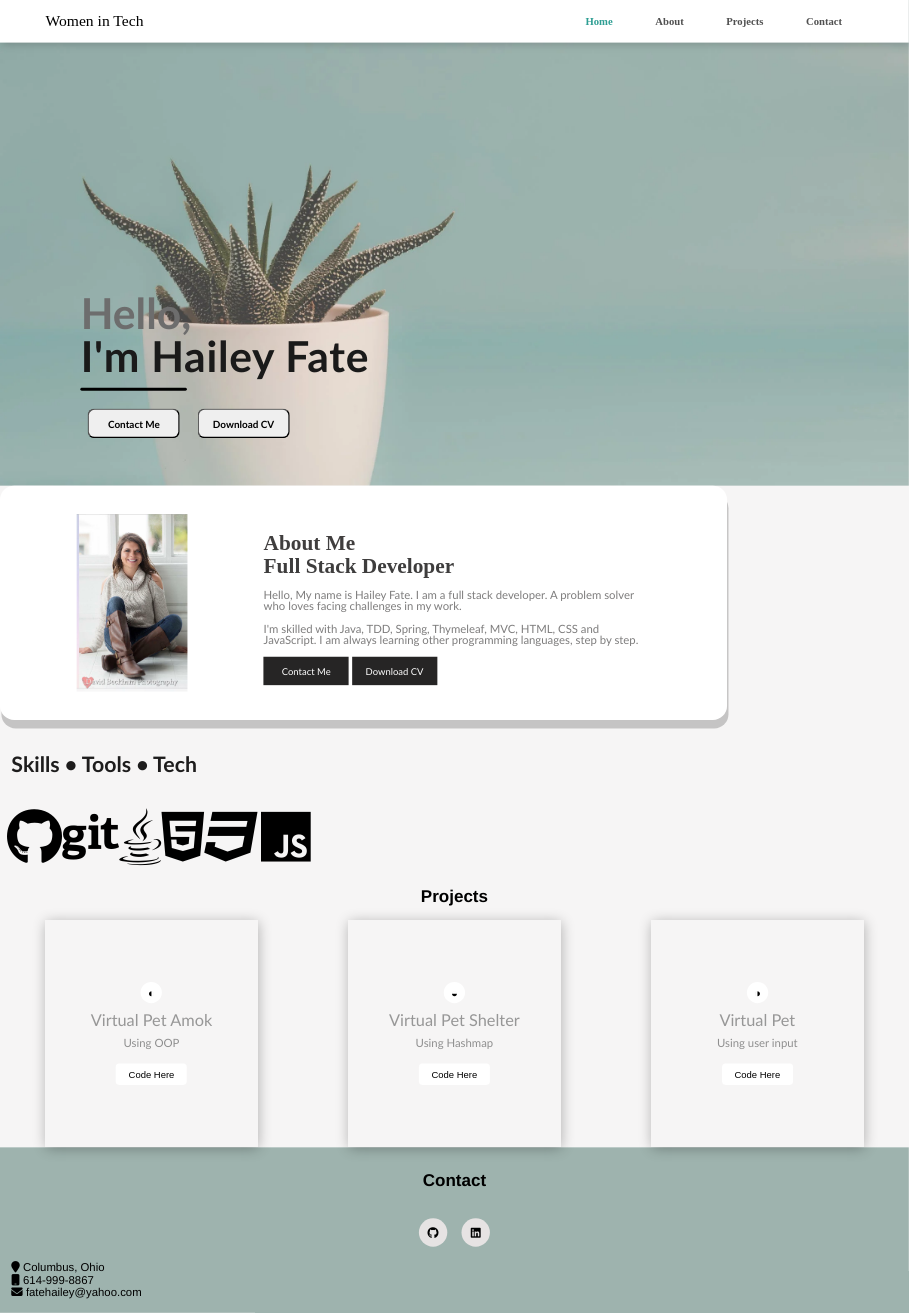
Repository: fatehailey/fatehailey.github.io
Page: index.html
The author's editor kept a copy of each file at every save. The page is drawn from the files as they stood at one save, then again after a run of saves.
The browser window is 1280 px wide. The pictures show the whole page, at 71% of full size.
Some web libraries are served in a nearby version.

Above is the page before, as saved 2022-07-25 15:06:33.

### index.html
<!DOCTYPE html>
<html lang="en">

<head>
    <meta charset="UTF-8">
    <meta http-equiv="X-UA-Compatible" content="IE=edge">
    <meta name="viewport" content="width=device-width, initial-scale=1.0">
    <title>Professional Portfolio Website</title>
    <link rel="stylesheet" type="text/css" href="./style.css">
    <script src="https://kit.fontawesome.com/aba5373111.js" crossorigin="anonymous"></script>
</head>
<section>
    <!--------Navbar-->
    <nav>
        <header class="logo"> Women in Tech</header>
        <!--menu-->
        <ul>
            <li><a href="#" class="active">Home</a></li>
            <li><a href="#about">About</a></li>
            <li><a href="#projects">Projects</a></li>
            <li><a href="#contact-form">Contact</a></li>
        </ul>
    </nav>
    <!--text-->
    <div class="text-container">
        <p>Hello,</p>
        <p>I'm Hailey Fate</p>
        <p class="line"></p>
        <button id="contact-form"><a href = "mailto: fatehailey@.com"></a>Contact Me</button>
        <a href="Resume -JAVA.pdf">
            <button>Download CV</button>
        </a>

    </div>
</section>
<div class="about-container">
    <!--img-->
    <img src="20638533_10207488042478732_6104525529025967976_n.jpg" />
    <!--about-me-text-->
    <div class="about-text">
        <p id="about">About Me</p>
        <p>Full Stack Developer</p>
        <p>Hello, My name is Hailey Fate. I am a full stack developer. A problem solver who loves facing challenges in
            my work. </p>
        <p>I'm skilled with Java, TDD, Spring, Thymeleaf, MVC, HTML, CSS and JavaScript. I am always learning other
            programming languages, step by step.</p>
        <button id="contacts">Contact Me</button>
        <button onclick="Resume -JAVA.pdf">Download CV</button>
    </div>
</div>

<!--Project-->
<div class="skills">
    <!--text-->
    <div class="skills-text ">
        <p>Skills • Tools • Tech</p>
    </div>
    <div class="column">
        <i class="fa-brands fa-github"></i>
        <i class="fa-brands fa-git"></i>
        <i class="fa-brands fa-java"></i>
        <i class="fa-brands fa-html5"></i>
        <i class="fa-brands fa-css3"></i>
        <i class="fa-brands fa-js"></i>
    </div>
</div>
<h2 id="projects" style="text-align:center">Projects </h2>
<div class="box-container">
    <!--1------------->
    <div class="box-1">
        <span>◐</span>
        <p class="heading">Virtual Pet Amok</p>
        <p class="details">Using OOP</p>
        <a href="https://github.com/2022-April-Java-PT-Classroom/virtual-pet-amok-fatehailey">
            <button>Code Here</button>
        </a>
    </div>
    <!--2------------->
    <div class="box-2">
        <span>◒</span>
        <p class="heading">Virtual Pet Shelter</p>
        <p class="details">Using Hashmap</p>
        <a href="https://github.com/2022-April-Java-PT-Classroom/virtual-pet-shelter-fatehailey">
            <button>Code Here</button>
        </a>
    </div>
    <!--3------------->
    <div class="box-3">
        <span>◑</span>
        <p class="heading">Virtual Pet</p>
        <p class="details">Using user input</p>
        <a href="https://github.com/2022-April-Java-PT-Classroom/virtual-pet-fatehailey">
            <button>Code Here</button>
        </a>
    </div>
</div>
<footer>
    <div class="social-footer">
        <h2 id="contacts" style="text-align:center">Contact</h2>
        <div class="social-icons">
            <a href="https://github.com/fatehailey"><i class="fa-brands fa-github"></i></a>
            <a href="https://www.linkedin.com/in/haileyfate/"><i class="fa-brands fa-linkedin"></i></a>
        </div>
        <div class="place">
            <span class="fa-solid fa-location-pin"></span>
            <span class="text">Columbus, Ohio</span>
        <div class="phone">
            <span class="fa-solid fa-mobile"></span>
            <span class="text">614-999-8867</span>
        </div>
        <div class="email">
            <span class="fa-solid fa-envelope"></span>
            <span class="text">fatehailey@yahoo.com</span>
        </div>

    </div>
</footer>
</body>
</html>

### style.css

body{
    background-color: #f6f5f5;
    margin: 0;
    padding: 0px;
    font-family: 'Franklin Gothic Medium', 'Arial Narrow', Arial, sans-serif;
}
ul{
    list-style: none;
}
a{
    text-decoration: none;
}
section{
    width: 100%;
    height: 95vh;
    background-image: url('pexels-photo-1445416.webp');
    background-repeat: no-repeat;
    background-size: cover;
}
nav{
    display: flex;
    justify-content: space-between;
    align-items: center;
    height: 60px;
    background-color: #FFFFFF;
    box-shadow: 2px 2px 12px rgba(0,0,0,0.2);
    padding: 0px 5%;
}
nav ul{
    display: flex ;
}
nav ul li a{
    margin:30px;
    font-family: myraid pro regular;
    color:#505050;
    font-size: 15px;
    font-weight: 700;
}
.logo{
    font-family: RoadTest;
    color: #000000;
    font-size: 22px;
}
.active{
   font-weight:bold;
   color: #2e9e93;
}
.text-container p:nth-child(1){
    font-family: calibri;
    font-weight: bold;
    color: #6d6d6d;
    font-size: 60px;
    padding-bottom: 1rem;
}
.text-container p:nth-child(2){
    font-family: calibri;
    font-weight: bold;
    letter-spacing: 1px;
    color: #1a1a1a;
    font-size: 60px;
}
.text-container p:nth-child(3){
    font-family: myrid pro regular;
    color: #403e3e;
    font-size: 30px;
    line-height: 30px;
}
.text-container p{
    line-height: 0px;
    margin: 45px 0px 25px;
}
.line{
    width: 150px;
    height: 4px;
    background: #000000;
    margin: 10px auto;
    border-radius: 5px;
}
.text-container{
    position: absolute;
    left: 13%;
    top:42%;
    transform: translate(-13%, 42%);
}
.text-container button{
    width:130px;
    height: 42px;
    border-radius: 10px;
    font-family: calibri;
    font-weight: bold;
    font-size: 14px;
    outline:none;
    margin:0px 10px;
}
.abtme{
    border:2px solid #373636;
    color: #373636;
}
.down-cv{
    background-color: #0b0b0b;
    color: #FFFFFF;
    border: none;
}
button:active{
    transform:scale(1.1);
}

.about-container{
    width: 80%;
    height:330px;
    background-color: #ffffff;
    border-radius: 20px;
    box-shadow: 2px 12px rgba(0,0,0,0.2);
    display:flex;
    position: relative;
    justify-content: space-evenly;
    align-items: center;
}
.about-container img{
    height: 250px;
    margin-left: 5px;
}

.about-text{
    width: 550px;
    margin-left: 5px;;

}
.about-text p:nth-child(1){
    color: #403e3e;
    font-family: myriad pro;
    font-weight: bold;
    font-size: 30px;
    line-height: 0px;
}
.about-text p:nth-child(2){
    color: #3e3d3d;
    font-size: 30px;
    font-family: myriad pro;
    font-weight: bold;
    line-height: 5px;
}
.about-text p:nth-child(3),
.about-text p:nth-child(4){
    color: #7e7d7d;
    font-size: 20pxpx;
    font-family: calibri;
    line-height: 16px;
}
.about-text button{
    width:120px;
    height:40px;
    color: #FFFFFF;
    outline: none;
    border:none;
    font-family: calibri;
    background-color: #262525;
}
.skills-text p:nth-child(1){
	font-family: calibri;
	font-weight:bold;
	color:#1d1c1c;
	font-size:30px;
	line-height:0px;
}
.skills-text{
    padding-top: 2rem;
    padding-bottom: 2rem;
    padding-left: 1rem;;
	width: 500px;
    display: flex;
}
.column
{
    flex: 50%;
    padding: 0 10px 10px;
    display: flex;
    flex-flow: row wrap;
    margin-bottom: 15px;
    font-size: 5rem;
}
.column img
{
    float: left;
    width:  100px;
    height: 100px;
    object-fit: cover;
}
.box-container{
	display:flex;
	justify-content: space-around
}
.box-1,.box-2,.box-3{
	width: 300px;
	height:320px;
	background-repeat: no-repeat;
	background-size: cover;
	box-shadow:2px 2px 18px rgba(0,0,0,0.3);
	align-items: center;
	justify-content: center;
	display: flex;
	flex-direction: column;
	margin: 0px 20px;
}
.box-1 span,
.box-2 span,
.box-3 span{
	width:30px;
	height:30px;
	border-radius:50%;
	background-color:#ffffff;
	display: flex;
	justify-content: center;
	align-items:center;
	font-family: calibri;
	font-weight: bold;
}
.box-1 p:nth-child(2),
.box-2 p:nth-child(2),
.box-3 p:nth-child(2){
	color:#979797;
	font-family: calibri;
	font-size: 23px;
	line-height:0px;

}
.box-1 p:nth-child(3),
.box-2 p:nth-child(3),
.box-3 p:nth-child(3){
	font-family: calibri;
	color:#8F8F8F;
	text-align:center;
	width: 230px;
	margin:0px 0px 20px 0px;

}
.box-1 button,
.box-2 button,
.box-3 button{
	width:100px;
	height:30px;
	background-color:#FFFFFF;
	border:none;
	outline: none;
	border-radius:5px;
}
footer{
    background-color: #9eb3ae;
    height: 220px;
    width: 100%;
    min-height: 5rem;
    margin: auto;
    padding-top: 1%;
}
.place{
    padding-left: 1rem;

}

.social-icons a{
    width:40px;
    height:40px;
    display: flex;
    justify-content: center;
    align-items: center;
    background-color:#e6e3e3;
    margin:20px 10px;
    border-radius:50%;
}
.social-icons{
    display: flex;
    justify-content: center;
}

.social-icons i,.social i{
    color:#000000;
}
.social-icons a:hover{
    background-color:#000000;
    box-shadow:2px 2px 12px rgba(0,0,0,0.2);
    transition:all ease 0.5s;
}
.social-icons a:hover i,
.social a:hover i{
    color:#FFFFFF;
    transition:all ease 0.5s;
}

After the next 2 saves:
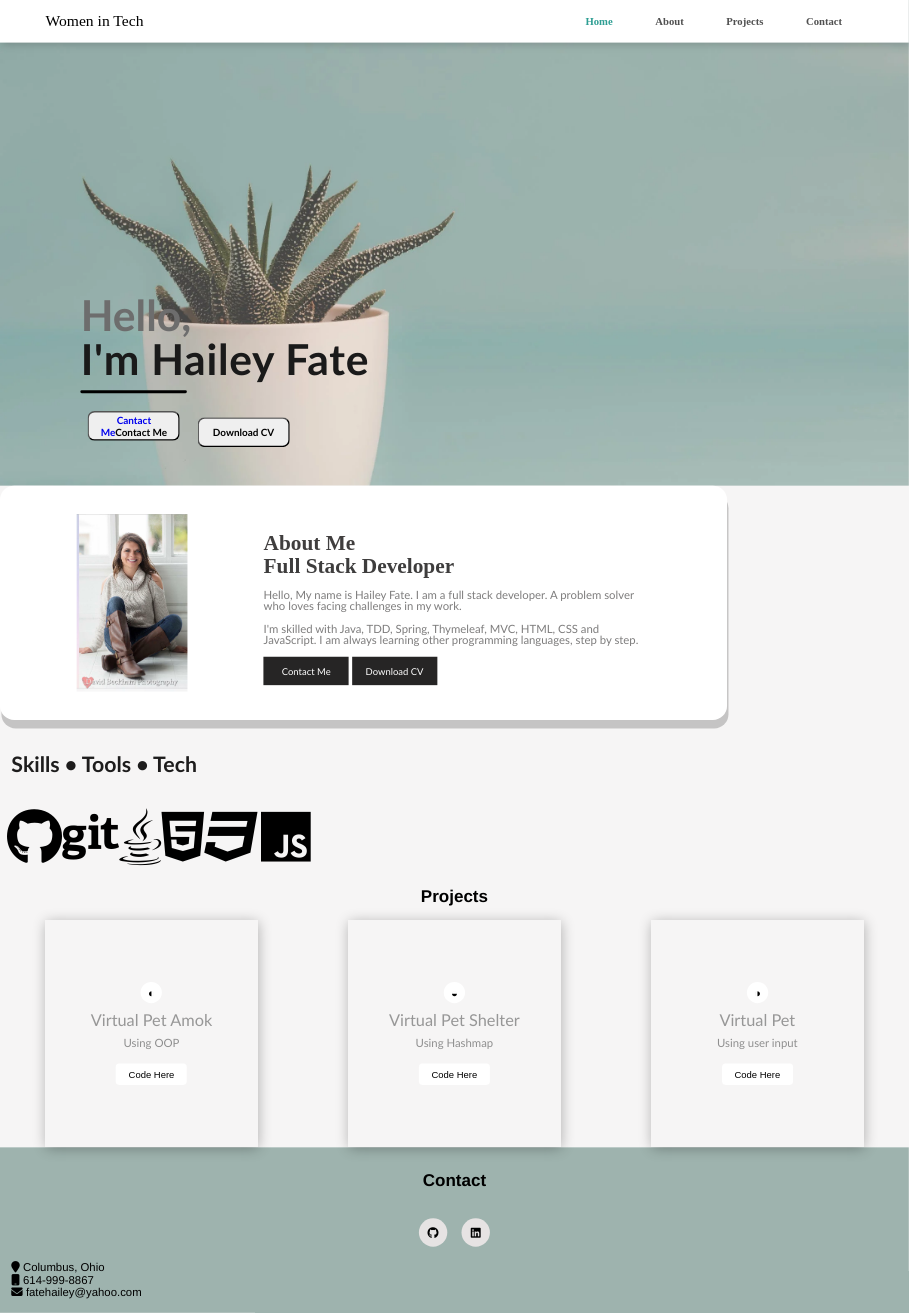
The 2 saves are shown as one change because they came seconds apart.
The last was saved 2 min 13 s later.
--- a/index.html
+++ b/index.html
@@ -26,7 +26,7 @@
         <p>Hello,</p>
         <p>I'm Hailey Fate</p>
         <p class="line"></p>
-        <button id="contact-form"><a href = "mailto: fatehailey@.com"></a>Contact Me</button>
+        <button id="contact-form"><a href = "mailto: fatehailey@.com">Cantact Me</a>Contact Me</button>
         <a href="Resume -JAVA.pdf">
             <button>Download CV</button>
         </a>
